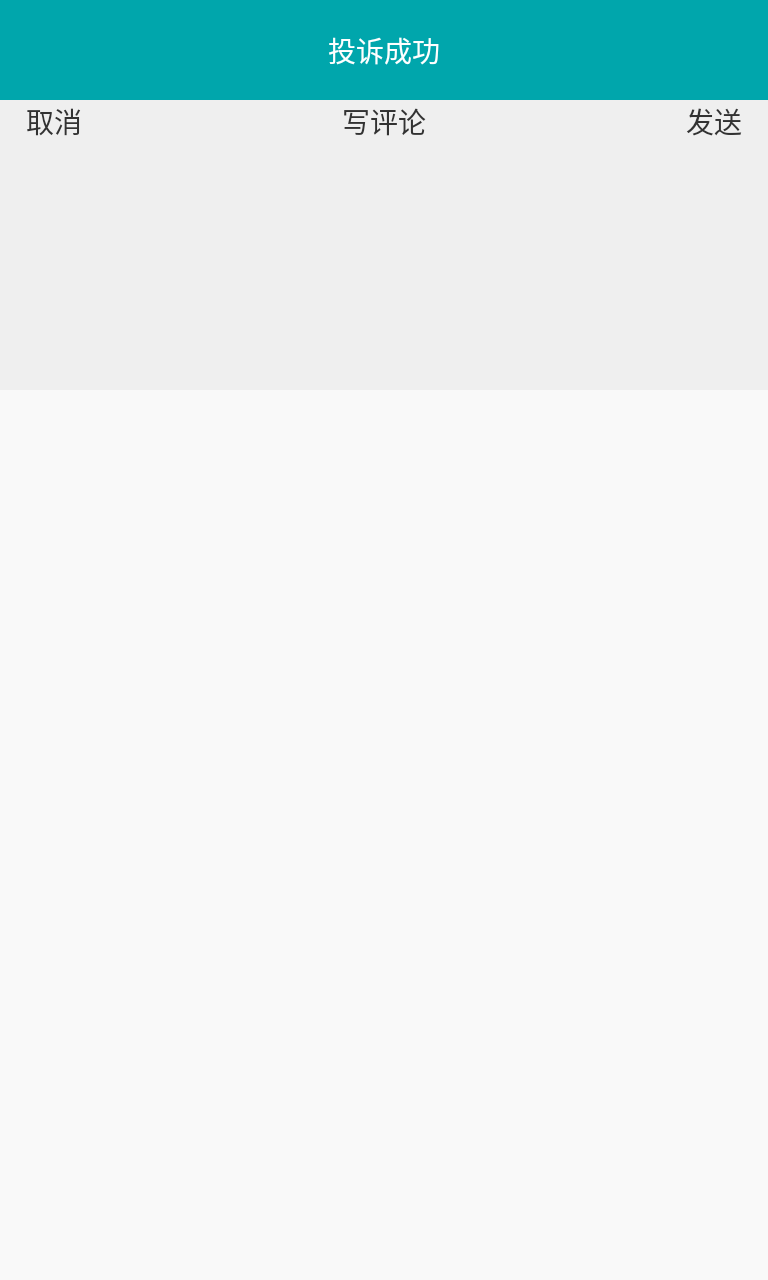
Repository: 2015-Forever/JWD
Layout: Jwd/res/layout/activity_complaint.xml
These files come from the project's save history. The layout is drawn as it stood at one moment and after the next save; the edit follows.
It is drawn on a 768 x 1280 px phone screen (xhdpi) without system bars, with theme AppTheme; the app's code is not run.

Above is the layout before, as saved 2015-07-16 07:26:24.

After the next save:
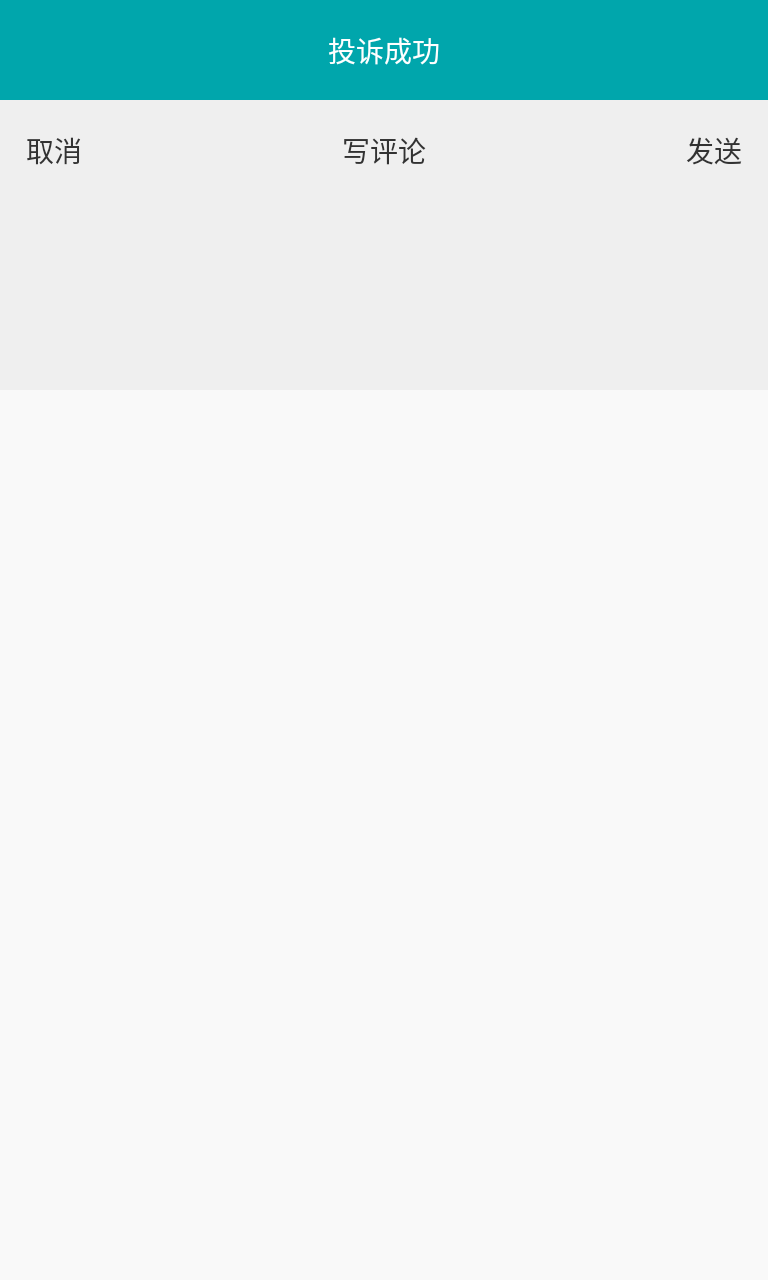
Saved 14 s later.
--- a/Jwd/res/layout/activity_complaint.xml
+++ b/Jwd/res/layout/activity_complaint.xml
@@ -28,7 +28,8 @@
             android:layout_height="50dp"
             android:orientation="horizontal"
             android:paddingLeft="13dp"
-            android:paddingRight="13dp">
+            android:paddingRight="13dp"
+            android:gravity="center_vertical">
 
             <TextView
                 android:layout_width="wrap_content"
